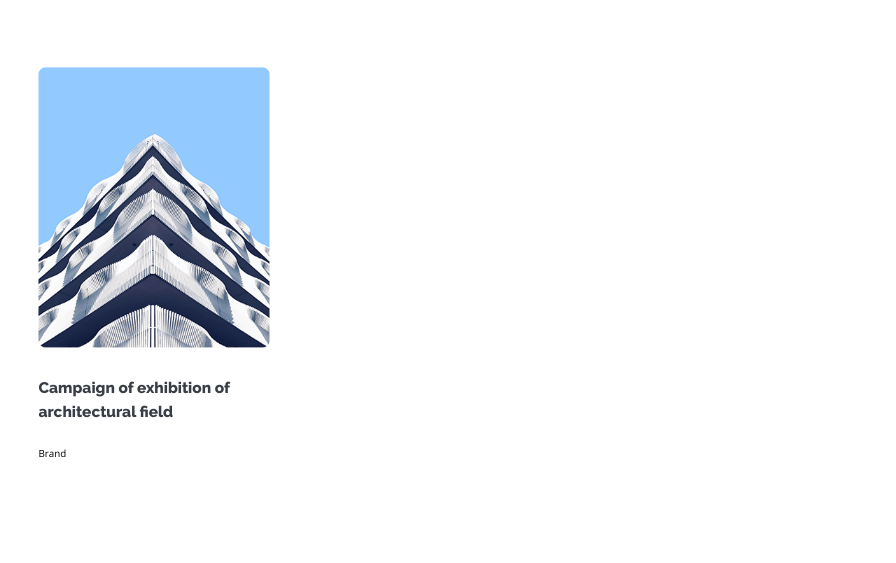
Repository: huydev0401/octavian-1
Page: index.html
The author's editor kept a copy of each file at every save. The page is drawn from the files as they stood at one save, then again after the next save.
The browser window is 1280 px wide. The pictures show the part of the page from y = 866 to 2786 px (the page is 1670 px tall before and 2786 px after), at 70% of full size.
The style sheet was rebuilt from its Sass, Less or Tailwind sources for each picture, by a compiler version that may differ from the author's.

Above is the page before, as saved 2021-09-02 14:10:57.

### index.html
<!DOCTYPE html>
<html lang="en">
  <head>
    <meta charset="UTF-8" />
    <meta http-equiv="X-UA-Compatible" content="IE=edge" />
    <meta name="viewport" content="width=device-width, initial-scale=1.0" />
    <title>Octavian 1</title>
    <link rel="preconnect" href="https://fonts.googleapis.com">
    <link rel="preconnect" href="https://fonts.gstatic.com" crossorigin>
    <link
        href="https://fonts.googleapis.com/css2?family=Open+Sans:ital,wght@0,300;0,400;0,600;1,700&family=Raleway:wght@400;600;700;800&display=swap"
        rel="stylesheet">
    <link href="https://unpkg.com/ionicons@4.5.10-0/dist/css/ionicons.min.css" rel="stylesheet">
    <link rel="stylesheet" href="./css/app.css">
  </head>
  <body>
    <div class="wrapper">
        <header class="header">
            <div class="container">
                <div class="header-main">
                    <a href="index.html" class="header-logo">
                        <img src="./images/logo.png" alt="">
                    </a>
                    <div class="navigation">
                        <span class="header-phone">
                            Phone: <a href="tel: +055 - 951 237 851">+055 - 951 237 851</a>
                        </span>
                        <img src="./images/icon-search.png" alt="" class="icon-search">
                        <img src="./images/icon-bars.png" alt="" class="menu-toogle">
                    </div>
                </div>
            </div>
        </header>
        <main class="main">
            <div class="hero">
                <img src="./images/img1.png" alt="" class="hero-image">
                <div class="hero-content">
                    <h2 class="hero-caption">
                        creative & digital
                    </h2>
                    <h1 class="hero-heading">
                        Agency
                    </h1>
                    <a href="#" class="hero-link">Purchase Now</a>
                </div>
            </div>
            <div class="portfolio">
                <div class="container">
                   <div class="portfolio-list">
                        <div class="portfolio-column">
                            <div class="portfolio-item">
                                <a href="#" class="portfolio-image">
                                    <img src="./images/img2.png" alt="">
                                </a>
                                <h3>
                                    <a class="portfolio-title title" href="#">Campaign of exhibition of architectural field</a>
                                </h3>
                                <span>
                                    <a href="#" class="portfolio-category text--small">Brand</a>
                                </span>
                            </div>
                        </div>
                        <div class="portfolio-column"></div>
                        <div class="portfolio-column"></div>
                   </div>
                </div>
            </div>
        </main>
    </div>
  </body>
</html>

### scss/app.scss
@import "variables";
@import "function";
@import "reset";
@import "base";
@import "header";
@import "hero";
@import "portfolio";

### scss/_variables.scss
$primary-font: "Open Sans", sans-serif;
$secondary-font: "Raleway", sans-serif;
$gray: #393e46;
$gray-dark: #282f3a;
$gray-darkest: #252b36;
$gray-light: #6a727f;
$gray-lightest: #f8f8f9;
$blue-color: #4a44f2;

### scss/_function.scss
@use 'sass:math';
@function lineH($s, $h) {
  @return math.div($s, $h);
} ;

### scss/_base.scss
*,
*:before,
*:after {
  box-sizing: border-box;
}
/* using rem unit */
html {
  font-size: 62.5%;
  scroll-behavior: smooth;
}
a {
  text-decoration: none;
}
img {
  display: block;
  max-width: 100%;
}
body {
  font-family: $primary-font;
  font-size: 18px;
  line-height: 1;
}
input,
button,
textarea,
select {
  outline: none;
  font-family: "Poppins", sans-serif;
  font-size: 16px;
  line-height: 1;
}
input {
  line-height: normal;
}
button {
  cursor: pointer;
}

h1,
h2,
h3,
h4,
h5,
h6 {
  font-family: $secondary-font;
}

.wrapper {
  max-width: 1920px;
  margin: 0 auto;
}

.container {
  max-width: 1200px;
  margin: 0 auto;
  padding-left: 15px;
  padding-right: 15px;
}

.title {
  display: block;
  font-size: 22px;
  line-height: lineH(35, 22);
  color: $gray;
  font-weight: 800;
  margin-bottom: 30px;
}

.text {
  display: block;
  font-weight: 400;
  color: $gray-light;
  line-height: lineH(34, 18);
  &--small {
    font-size: 14px;
    color: inherit;
  }
}

### scss/_header.scss
.header {
  &-main {
    padding: 40px 0;
    display: flex;
    align-items: center;
    justify-content: space-between;
  }
  &-logo {
    display: inline-block;
  }
  &-phone {
    display: inline-block;
    font-size: 16px;
    font-weight: 300;
    color: $gray;
    a {
      font-weight: 600;
      color: inherit;
      margin-left: 20px;
    }
  }
}

.navigation {
  display: flex;
  align-items: center;
  gap: 0 70px;
}

### scss/_hero.scss
.hero {
  margin-bottom: 200px;
  position: relative;
  &-image {
    margin-left: auto;
    max-width: 65%;
  }
  &-content {
    position: absolute;
    z-index: 2;
    left: 18.75%;
    top: 50%;
    transform: translateY(-50%);
    color: $gray;
  }
  &-caption {
    font-size: 72px;
    font-weight: 600;
    margin-bottom: 20px;
  }
  &-heading {
    font-size: 150px;
    font-weight: 800;
    text-transform: uppercase;
    margin-bottom: 40px;
  }
  &-link {
    color: $gray-light;
    text-decoration: underline;
  }
}

### scss/_portfolio.scss
.portfolio {
  margin-bottom: 150px;
  &-list {
    display: grid;
    grid-template-columns: repeat(3, 1fr);
    grid-gap: 0 90px;
  }
  &-image {
    margin-bottom: 40px;
    display: block;
  }
}

Loaded but not shown: scss/_reset.scss (common file)

After the next save:
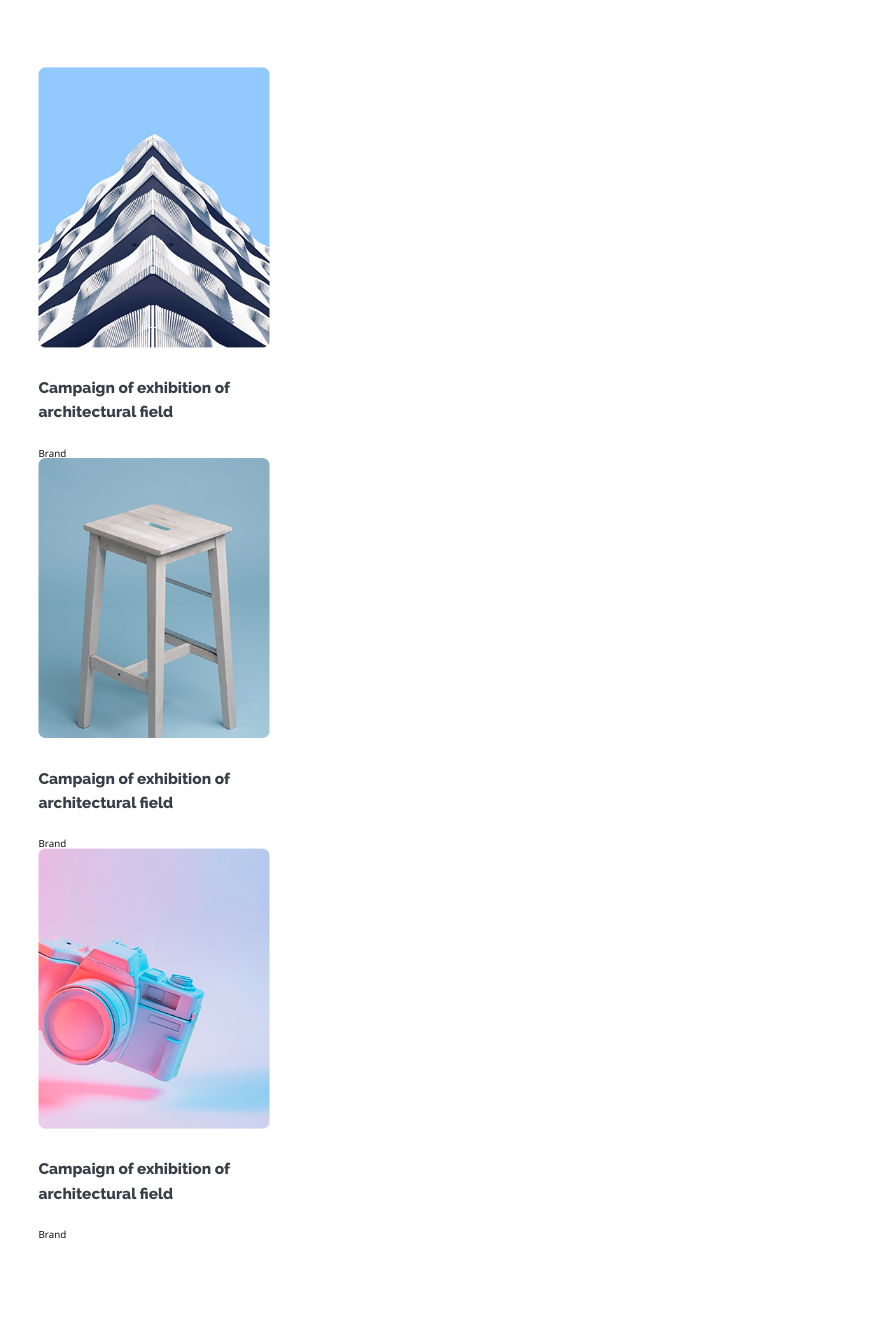
Saved 41 s later.
--- a/index.html
+++ b/index.html
@@ -59,6 +59,28 @@
                                     <a href="#" class="portfolio-category text--small">Brand</a>
                                 </span>
                             </div>
+                            <div class="portfolio-item">
+                                <a href="#" class="portfolio-image">
+                                    <img src="./images/img3.png" alt="">
+                                </a>
+                                <h3>
+                                    <a class="portfolio-title title" href="#">Campaign of exhibition of architectural field</a>
+                                </h3>
+                                <span>
+                                    <a href="#" class="portfolio-category text--small">Brand</a>
+                                </span>
+                            </div>
+                            <div class="portfolio-item">
+                                <a href="#" class="portfolio-image">
+                                    <img src="./images/img4.png" alt="">
+                                </a>
+                                <h3>
+                                    <a class="portfolio-title title" href="#">Campaign of exhibition of architectural field</a>
+                                </h3>
+                                <span>
+                                    <a href="#" class="portfolio-category text--small">Brand</a>
+                                </span>
+                            </div>
                         </div>
                         <div class="portfolio-column"></div>
                         <div class="portfolio-column"></div>
